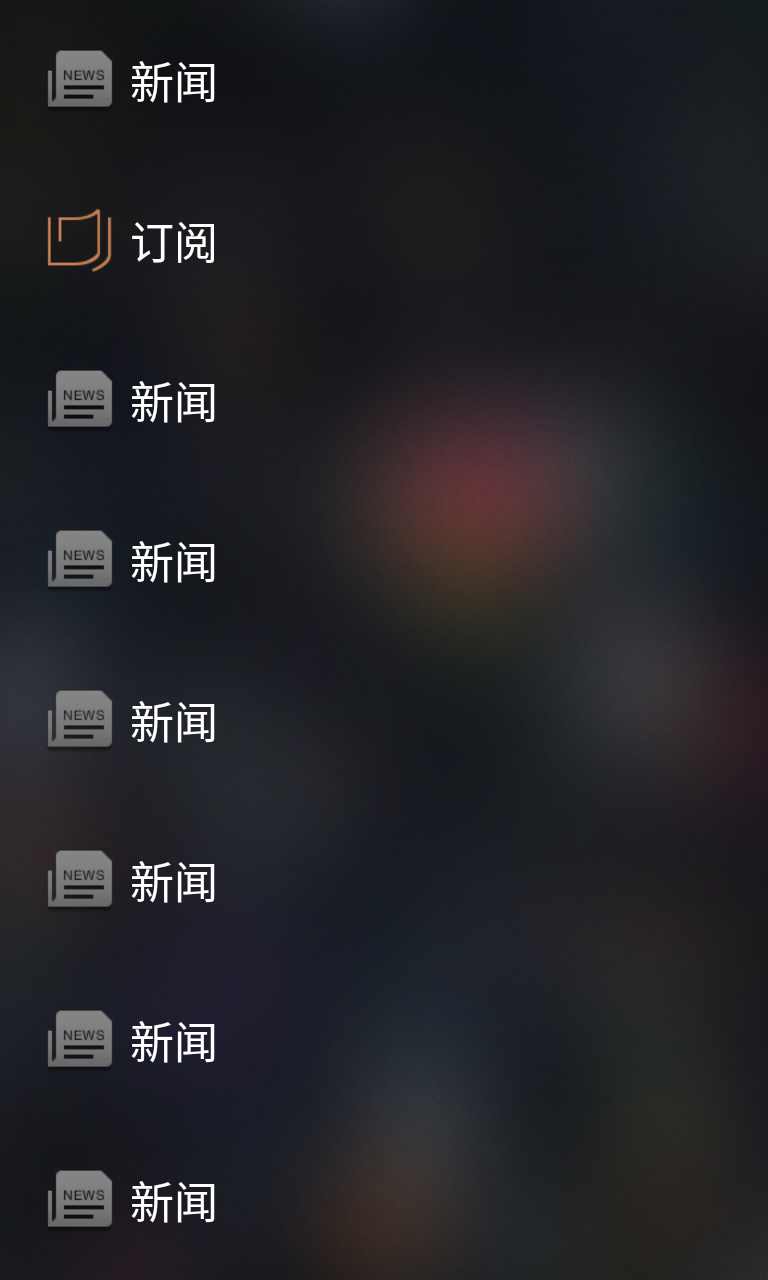
Repository: ASmouse/View
Layout: 05_SlidingMenuDemo14/res/layout/left.xml
An editor plug-in stored every save of this project. The layout is shown before and after the next save, followed by the edit.
It is drawn on a 768 x 1280 px phone screen (xhdpi) without system bars, with theme AppTheme; the app's code is not run.

Above is the layout before, as saved 2015-10-25 02:06:46.

After the next save:
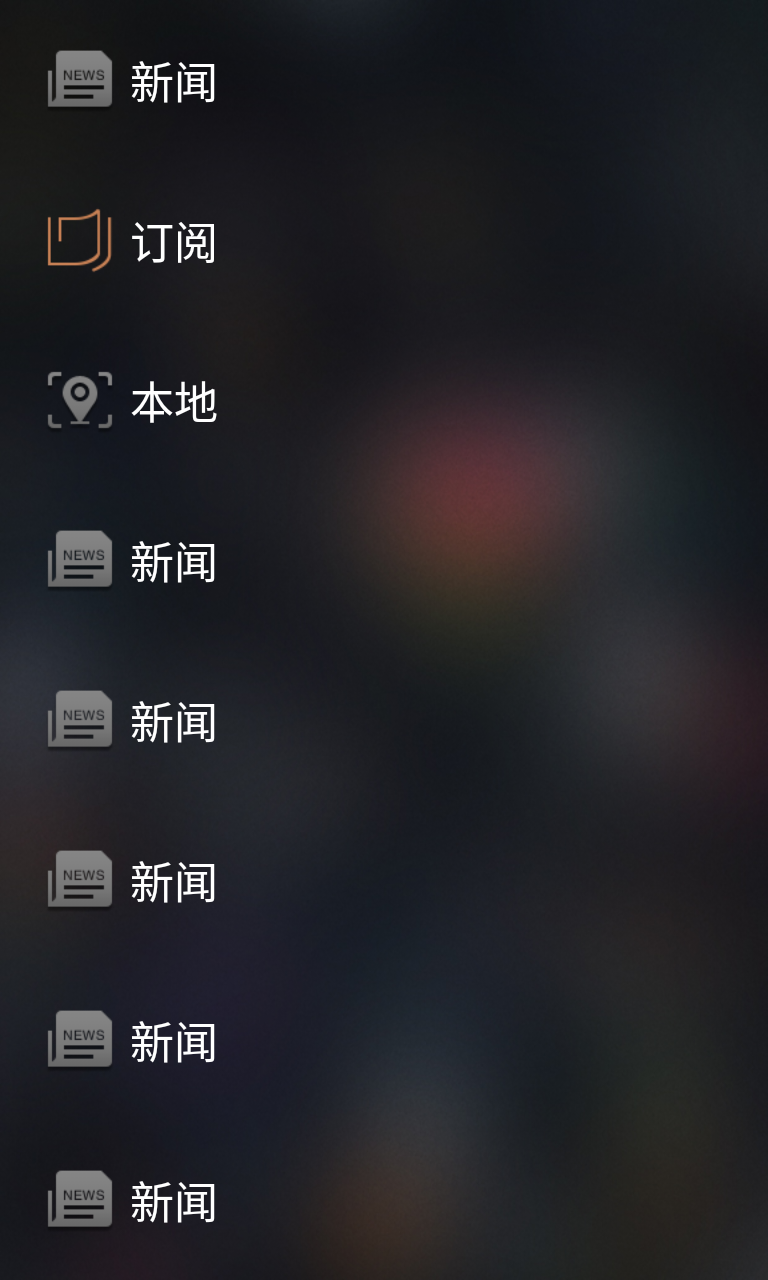
Saved 15 s later.
--- a/05_SlidingMenuDemo14/res/layout/left.xml
+++ b/05_SlidingMenuDemo14/res/layout/left.xml
@@ -23,8 +23,8 @@
 
         <TextView
             style="@style/tv_style"
-            android:drawableLeft="@drawable/tab_news"
-            android:text="新闻" />
+            android:drawableLeft="@drawable/tab_local"
+            android:text="本地" />
 
         <TextView
             style="@style/tv_style"
